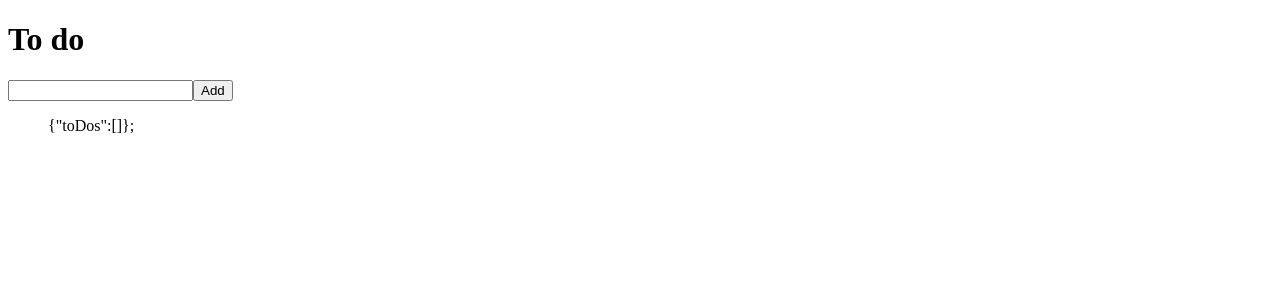
Repository: JulyK9/react-redux-Todo
Page: /
These files come from the project's save history. The page is drawn as it stood at one moment and after the next save; the edit follows.
The browser window is 1280 px wide. The pictures show the whole page.
The project was rebuilt for these pictures with package versions that can differ from the ones it lists, and the page was loaded fresh each time. A package was used in the major version that the imports need, not the one package.json lists. Also part of the build but not shown: src/pages/Detail.js.

Above is the page before, as saved 2022-05-13 22:16:05.

### public/index.html
<!DOCTYPE html>
<html lang="en">
  <head>
    <meta charset="utf-8" />
    <link rel="icon" href="%PUBLIC_URL%/favicon.ico" />
    <meta name="viewport" content="width=device-width, initial-scale=1" />
    <meta name="theme-color" content="#000000" />
    <meta
      name="description"
      content="Web site created using create-react-app"
    />
    <link rel="apple-touch-icon" href="%PUBLIC_URL%/logo192.png" />
    <link rel="manifest" href="%PUBLIC_URL%/manifest.json" />
    <title>React redux App</title>
  </head>
  <body>
    <div id="root"></div>
  </body>
</html>

### src/index.js
import React from "react";
import ReactDOM from "react-dom/client";
import App from "./App";
import { Provider } from "react-redux";
import store from "./store";

const root = ReactDOM.createRoot(document.getElementById("root"));
root.render(
  <React.StrictMode>
    <Provider store={store}>
      <App />
    </Provider>
  </React.StrictMode>
);

// ReactDOM.render(
//   <Provider store={store}>
//     <App />
//   </Provider>,
//   document.getElementById("root")
// );

### src/App.js
import React from "react";
import { Routes, Route, BrowserRouter } from "react-router-dom";
import Home from "./pages/Home";
import Detail from "./pages/Detail";

const App = () => {
  return (
    <BrowserRouter>
      <Routes>
        <Route path="/" element={<Home />} />
        <Route path="/:id" element={<Detail />} />
      </Routes>
    </BrowserRouter>
  );
}

export default App;

### src/store.js
import { createStore } from "redux";

const ADD = "ADD";
const DELETE = "DELETE";

const addToDo = (text) => {
  return {
    type: ADD,
    text
  };
};

const deleteToDo = (id) => {
  return {
    type: DELETE,
    id
  };
};

const reducer = (state = [], action) => {
  switch (action.type) {
    case ADD:
      return [{ text: action.text, id: Date.now() }, ...state];
    case DELETE:
      return state.filter((toDo) => toDo.id !== action.id);
    default:
      return state;
  }
};

const store = createStore(reducer);

export const actionCreators = {
  addToDo,
  deleteToDo,
}

// store.subscribe()

export default store;

### src/pages/Home.js
import React, { useState } from 'react';
import { connect } from 'react-redux';

function Home (toDos) {
  // console.log(props);
  const [text, setText] = useState ("");
  function onChange(e) {
    setText(e.target.value);
  }

  function onSubmit (e) {
    e.preventDefault();
    setText("");
  }

  return (
    <>
      <h1>To do</h1>
      <form onSubmit={onSubmit}>
        <input type="text" value={text} onChange={onChange} />
        <button>Add</button>
      </form>
      <ul>
        {JSON.stringify(toDos)};
      </ul>
    </>
  );
}

const mapStateToProps = (state) => {
  return { toDos : state };
}

const mapDispatchToProps = (dispatch) => {
  return {dispatch};
}

export default connect(mapStateToProps, mapDispatchToProps)(Home);

After the next save:
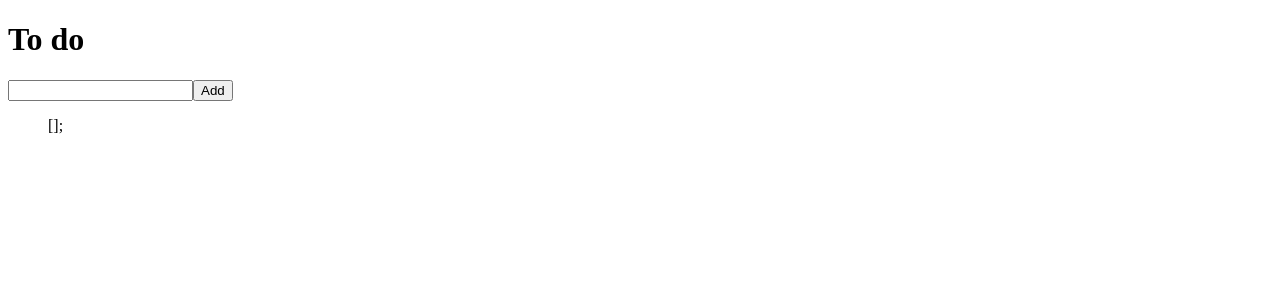
Saved 119 s later.
--- a/src/pages/Home.js
+++ b/src/pages/Home.js
@@ -1,16 +1,18 @@
-import React, { useState } from 'react';
-import { connect } from 'react-redux';
+import React, { useState } from "react";
+import { connect } from "react-redux";
+import actionCreators from "../store"
 
-function Home (toDos) {
+const Home = ({ toDos }) => {
   // console.log(props);
-  const [text, setText] = useState ("");
+  const [text, setText] = useState("");
   function onChange(e) {
     setText(e.target.value);
   }
 
-  function onSubmit (e) {
+  function onSubmit(e) {
     e.preventDefault();
     setText("");
+    // dispatch.(addToDo(text));
   }
 
   return (
@@ -20,19 +22,19 @@ function Home (toDos) {
         <input type="text" value={text} onChange={onChange} />
         <button>Add</button>
       </form>
-      <ul>
-        {JSON.stringify(toDos)};
-      </ul>
+      <ul>{JSON.stringify(toDos)};</ul>
     </>
   );
-}
+};
 
 const mapStateToProps = (state) => {
-  return { toDos : state };
-}
+  return { toDos: state };
+};
 
 const mapDispatchToProps = (dispatch) => {
-  return {dispatch};
-}
+  return {
+
+  };
+};
 
 export default connect(mapStateToProps, mapDispatchToProps)(Home);
